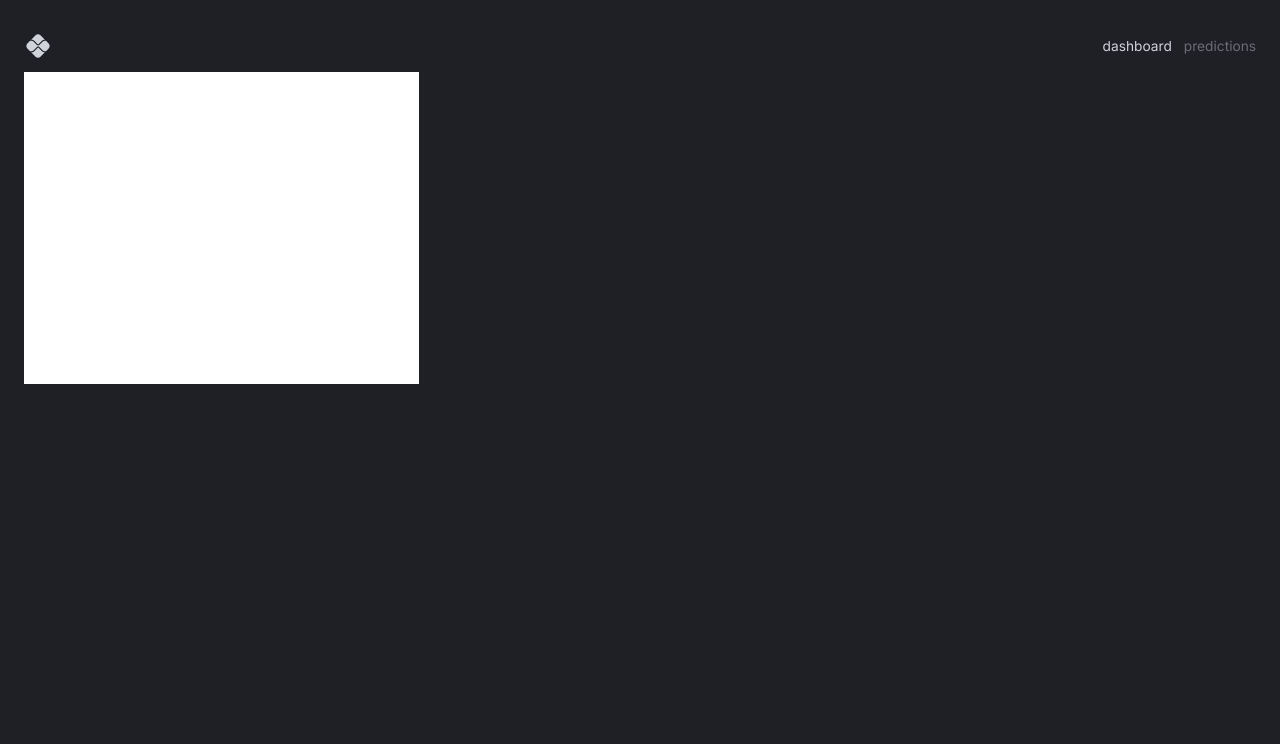
Repository: BernhardSilva/finance-client
Page: /
These files come from the project's save history. The page is drawn as it stood at one moment and after the next save; the edit follows.
The browser window is 1280 px wide. The pictures show the whole page.
The project was rebuilt for these pictures with package versions that can differ from the ones it lists, and the page was loaded fresh each time. Also part of the build but not shown: vite.config.ts.

Above is the page before, as saved 2023-05-14 21:49:15.

### src/App.tsx
import '@/App.css';
import Navbar from '@/scenes/navbar';
import Dashboard from '@/scenes/dashboard';
import { Box, CssBaseline } from '@mui/material';
import { ThemeProvider, createTheme } from '@mui/material/styles';
import { useMemo } from 'react';
import { BrowserRouter, Route, Routes } from 'react-router-dom';
import { themeSettings } from './theme';

function App() {
	const theme = useMemo(() => createTheme(themeSettings), []);
	return (
		<>
			<div className='app'>
				<BrowserRouter>
					<ThemeProvider theme={theme}>
						<CssBaseline />
						<Box width='100%' height='100%' padding='1remn 2rem 4rem 2rem'>
							<Navbar />
							<Routes>
								<Route path='/' element={<Dashboard />} />
								<Route path='/predictions' element={<div>predictions page</div>} />
							</Routes>
						</Box>
					</ThemeProvider>
				</BrowserRouter>
			</div>
		</>
	);
}

export default App;

### src/index.css
@import url('https://fonts.googleapis.com/css2?family=Inter:wght@400;500;600&family=Ubuntu:wght@400;700&display=swap');


html, body, #root, .app {
  height: 100%;
  width: 100%;
  font-family: "Inter", sans-serif;
  background-color: #1f2026
}

### src/App.css
#root {
  max-width: 1280px;
  margin: 0 auto;
  padding: 1.5rem;
  text-align: center;
}

.logo {
  height: 6em;
  padding: 1.5em;
  will-change: filter;
  transition: filter 300ms;
}
.logo:hover {
  filter: drop-shadow(0 0 2em #646cffaa);
}
.logo.react:hover {
  filter: drop-shadow(0 0 2em #61dafbaa);
}

@keyframes logo-spin {
  from {
    transform: rotate(0deg);
  }
  to {
    transform: rotate(360deg);
  }
}

@media (prefers-reduced-motion: no-preference) {
  a:nth-of-type(2) .logo {
    animation: logo-spin infinite 20s linear;
  }
}

.card {
  padding: 2em;
}

.read-the-docs {
  color: #888;
}

### src/scenes/navbar/index.tsx
import { useState } from 'react';
import { Link } from 'react-router-dom';
import { Box, Typography, useTheme } from '@mui/material';
import FlexBetween from '@/components/FlexBetween';
import PixIcon from '@mui/icons-material/Pix';

type Props = {};

const Navbar = (props: Props) => {
	const { palette } = useTheme();
	const [selected, setSelected] = useState('dashboard')
	return (
		<FlexBetween mb="0.25rem" p="0.5rem 0rem" color={palette.grey[300]}>
			{/* LEFT SIDE */}
			<FlexBetween gap="0.75rem">
				<PixIcon sx={{ fontSize: "28px" }}>
					<Typography variant="h4" fontSize="16px">
						Finanseer
					</Typography>
				</PixIcon>
			</FlexBetween>
			{/* RIGHT SIDE */}
			<FlexBetween gap="0.75rem">
				<Box sx={{ '&:hover': { color: palette.primary[100] } }}>
					<Link to="/" onClick={() => setSelected("dashboard")}
						style={{
							color: selected === "dashboard" ? "inherit" : palette.grey[700],
							textDecoration: "inherit"
						}}>
							dashboard
					</Link>
				</Box>
				<Box sx={{ '&:hover': { color: palette.primary[100] } }}>
					<Link to="/predictions" onClick={() => setSelected("predictions")}
						style={{
							color: selected === "predictions" ? "inherit" : palette.grey[700],
							textDecoration: "inherit"
						}}>
							predictions
					</Link>
				</Box>
			</FlexBetween>

		</FlexBetween >
	);
};

export default Navbar;

### src/scenes/dashboard/index.tsx
import { Box, useTheme } from '@mui/material';

const gridTemplate = `
    "a b c"
    "a b c"
    "a b c"
    "a b f"
    "d e f"
    "d e f"
    "d h i"
    "g h i"
    "g h j"
    "g h j"
`
type Props = {}

const Dashboard = (props: Props) => {
    const { palette } = useTheme()
    return (
        <Box width="100%" height="100%" display="grid" gap="1.5rem"
            sx={{
                gridTemplateColumns: "repeat(3, minmax(370px, 1fr))",
                gridTemplateRows: "repeat(10, minmax(60px, 1fr ))",
                gridTemplateAreas: gridTemplate,
            }}>
            <Box gridArea="a" bgcolor="#fff">

            </Box>
        </Box>
    )
}

export default Dashboard

### src/theme.ts

export const tokens = {
    grey: {
      100: "#f0f0f3",
      200: "#e1e2e7",
      300: "#d1d3da",
      400: "#c2c5ce",
      500: "#b3b6c2",
      600: "#8f929b",
      700: "#6b6d74",
      800: "#48494e",
      900: "#242427",
    },
    primary: {
      // light green
      100: "#d0fcf4",
      200: "#a0f9e9",
      300: "#71f5de",
      400: "#41f2d3",
      500: "#12efc8",
      600: "#0ebfa0",
      700: "#0b8f78",
      800: "#076050",
      900: "#043028",
    },
    secondary: {
      // yellow
      100: "#fcf0dd",
      200: "#fae1bb",
      300: "#f7d299",
      400: "#f5c377",
      500: "#f2b455",
      600: "#c29044",
      700: "#916c33",
      800: "#614822",
      900: "#302411",
    },
    tertiary: {
      // purple
      500: "#8884d8",
    },
    background: {
      light: "#2d2d34",
      main: "#1f2026",
    },
  };

  // mui theme settings
  export const themeSettings = {
    palette: {
      primary: {
        ...tokens.primary,
        main: tokens.primary[500],
        light: tokens.primary[400],
      },
      secondary: {
        ...tokens.secondary,
        main: tokens.secondary[500],
      },
      tertiary: {
        ...tokens.tertiary,
      },
      grey: {
        ...tokens.grey,
        main: tokens.grey[500],
      },
      background: {
        default: tokens.background.main,
        light: tokens.background.light,
      },
    },
    typography: {
      fontFamily: ["Inter", "sans-serif"].join(","),
      fontSize: 12,
      h1: {
        fontFamily: ["Inter", "sans-serif"].join(","),
        fontSize: 32,
      },
      h2: {
        fontFamily: ["Inter", "sans-serif"].join(","),
        fontSize: 24,
      },
      h3: {
        fontFamily: ["Inter", "sans-serif"].join(","),
        fontSize: 20,
        fontWeight: 800,
        color: tokens.grey[200],
      },
      h4: {
        fontFamily: ["Inter", "sans-serif"].join(","),
        fontSize: 14,
        fontWeight: 600,
        color: tokens.grey[300],
      },
      h5: {
        fontFamily: ["Inter", "sans-serif"].join(","),
        fontSize: 12,
        fontWeight: 400,
        color: tokens.grey[500],
      },
      h6: {
        fontFamily: ["Inter", "sans-serif"].join(","),
        fontSize: 10,
        color: tokens.grey[700],
      },
    },
  };

### src/components/FlexBetween.tsx
import { Box } from '@mui/material';
import { styled } from '@mui/system';

const FlexBetween = styled(Box)({
	display: 'flex',
	justifyContent: 'space-between',
	alignItems: 'center'
});

export default FlexBetween;

Loaded but not shown: index.html (common file); src/main.tsx (common file)

After the next save:
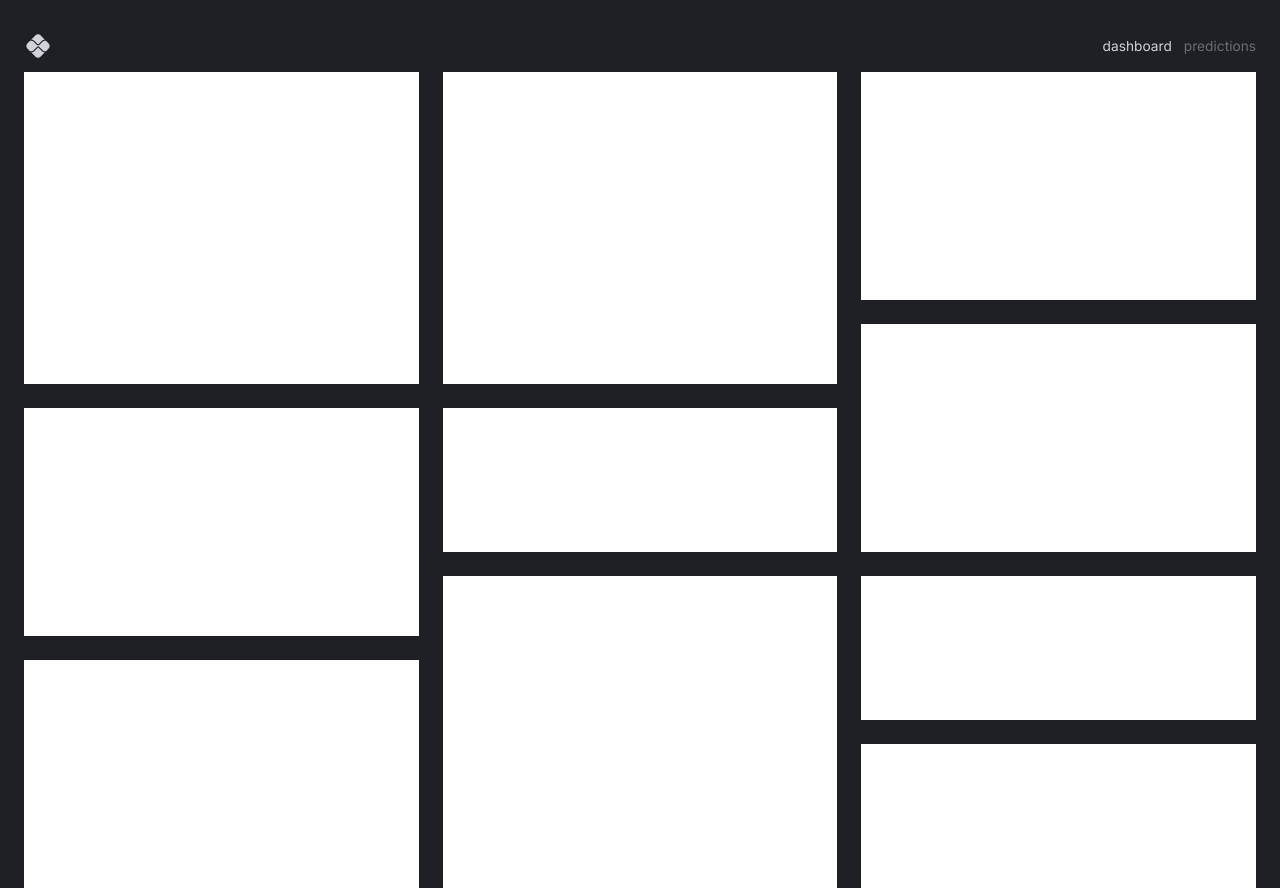
Saved 34 s later.
--- a/src/scenes/dashboard/index.tsx
+++ b/src/scenes/dashboard/index.tsx
@@ -23,9 +23,16 @@ const Dashboard = (props: Props) => {
                 gridTemplateRows: "repeat(10, minmax(60px, 1fr ))",
                 gridTemplateAreas: gridTemplate,
             }}>
-            <Box gridArea="a" bgcolor="#fff">
-
-            </Box>
+            <Box gridArea="a" bgcolor="#fff"></Box>
+            <Box gridArea="b" bgcolor="#fff"></Box>
+            <Box gridArea="c" bgcolor="#fff"></Box>
+            <Box gridArea="d" bgcolor="#fff"></Box>
+            <Box gridArea="e" bgcolor="#fff"></Box>
+            <Box gridArea="f" bgcolor="#fff"></Box>
+            <Box gridArea="g" bgcolor="#fff"></Box>
+            <Box gridArea="h" bgcolor="#fff"></Box>
+            <Box gridArea="i" bgcolor="#fff"></Box>
+            <Box gridArea="j" bgcolor="#fff"></Box>
         </Box>
     )
 }
